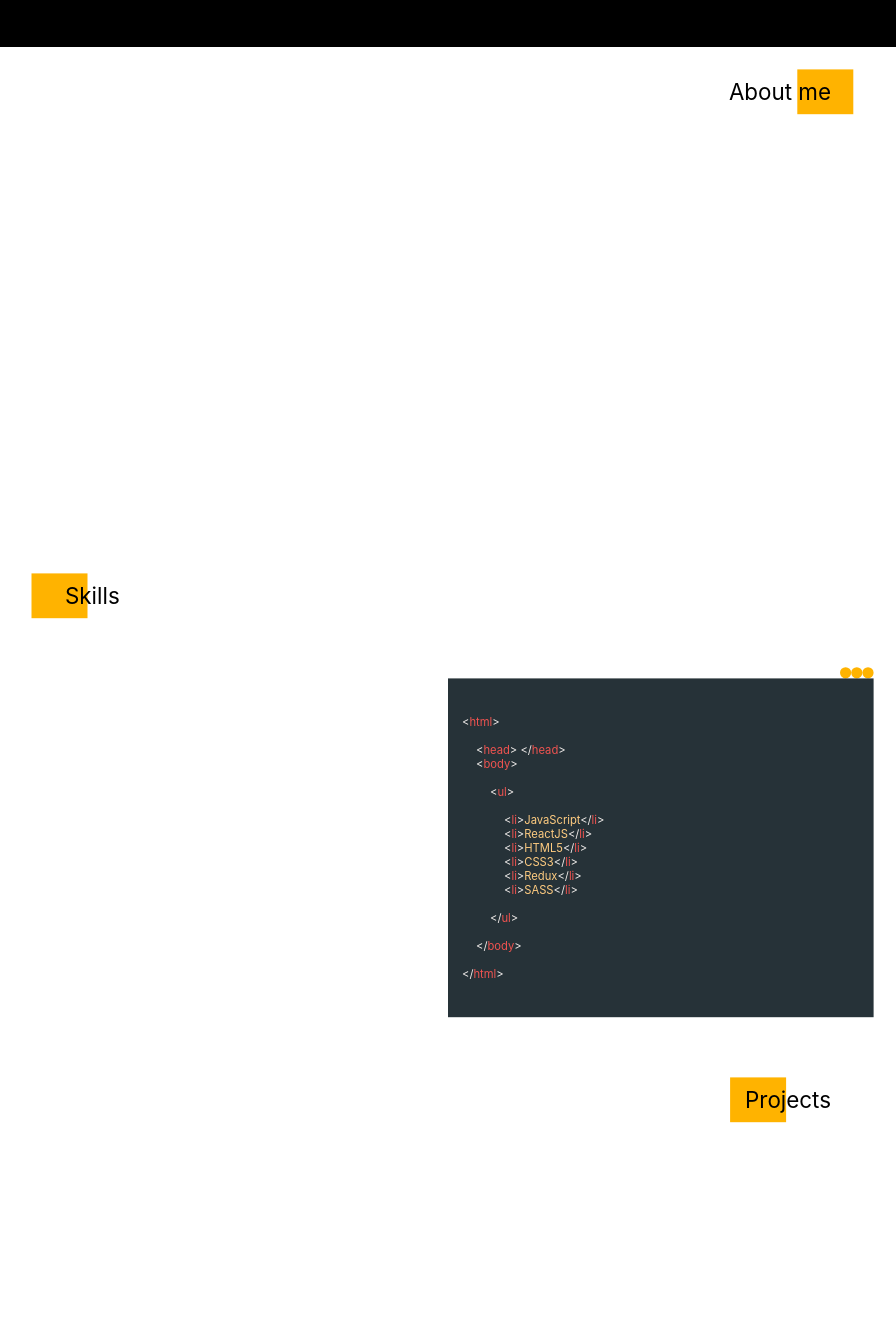
Repository: SebastianArmata22/Portfolio
Page: /
These files come from the project's save history. The page is drawn as it stood at one moment and after the next save; the edit follows.
The browser window is 1280 px wide. The pictures show the part of the page from y = 653 to 2573 px (the page is 3664 px tall), at 70% of full size.
The project was rebuilt for these pictures with package versions that can differ from the ones it lists, and the page was loaded fresh each time.

Above is the page before, as saved 2021-02-24 18:19:25.

### public/index.html
<!DOCTYPE html>
<html lang="en">
  <head>
    <meta charset="utf-8" />
    <link rel="icon" href="%PUBLIC_URL%/favicon.ico" />
    <meta name="viewport" content="width=device-width, initial-scale=1" />
    <meta name="theme-color" content="#000000" />
    <meta
      name="description"
      content="Web site created using create-react-app"
    />
    <link rel="apple-touch-icon" href="%PUBLIC_URL%/logo192.png" />
    <!--
      manifest.json provides metadata used when your web app is installed on a
      user's mobile device or desktop. See https://developers.google.com/web/fundamentals/web-app-manifest/
    -->
    <link rel="manifest" href="%PUBLIC_URL%/manifest.json" />
    <!--
      Notice the use of %PUBLIC_URL% in the tags above.
      It will be replaced with the URL of the `public` folder during the build.
      Only files inside the `public` folder can be referenced from the HTML.

      Unlike "/favicon.ico" or "favicon.ico", "%PUBLIC_URL%/favicon.ico" will
      work correctly both with client-side routing and a non-root public URL.
      Learn how to configure a non-root public URL by running `npm run build`.
    -->
    <title>Sebastian Armata</title>
  </head>
  <body>
    <noscript>You need to enable JavaScript to run this app.</noscript>
    <div id="root"></div>
    <!--
      This HTML file is a template.
      If you open it directly in the browser, you will see an empty page.

      You can add webfonts, meta tags, or analytics to this file.
      The build step will place the bundled scripts into the <body> tag.

      To begin the development, run `npm start` or `yarn start`.
      To create a production bundle, use `npm run build` or `yarn build`.
    -->
  </body>
</html>

### src/App.js
import './App.css'
//components
import Header from './components/header/Header'
import MainPage from './components/mainPage/MainPage'
import Skills from './components/skills/Skills'
import AboutMe from './components/aboutMe/AboutMe'
import Contact from './components/contact/Contact'
import Footer from './components/footer/Footer'
import Projects from './components/projects/Projects'

function App() {
  return (
    <div className="App">
      <header>
        <Header />
      </header>
      <main>
        <MainPage />
        <AboutMe />
        <Skills />
        <Projects />
        <Contact />
      </main>
      <footer>
        <Footer />
      </footer>
    </div>
  );
}

export default App;

### src/App.css
html, body,*{
    margin: 0;
    padding: 0;

}
*{
    box-sizing: border-box;
}

### src/components/header/Header.js
import classes from './header.module.scss'
import React from 'react'
import logo from '../../icons/logo_armata.svg'

const Header = ()=>{
    return(
        <div className={classes.header}>
            <img src={logo} alt="logo"></img>
            <ul>
                <li>About me</li>
                <li>Skills</li>
                <li>Projects</li>
                <li>Contact</li>
            </ul>
        </div>
    )
}
export default Header

### src/components/mainPage/MainPage.js
import classes from './mainPage.module.scss'
import React from 'react'

const MainPage = ()=>{
    return(
        <div className={classes.main_page_container}>
            <div>
                <p><span>Hello,</span></p>
                <p>I'm Sebastian Armata</p>
                <p>A Frontend <span>Developer</span></p>
            </div>
            <div></div>
        </div>
    )
}
export default MainPage

### src/components/skills/Skills.js
import classes from './skills.module.scss'
import React from 'react'
import ConsoleSkills from '../consoleSkills/ConsoleSkills'

const Skills = ()=>{

    return(
        <div className={classes.skills}>
            <header>
                <p>Skills</p>
            </header>
            <main>
                <div>
                </div>
                <div className={classes.console_container}>
                    <div className={classes.bar}>
                        <div></div>
                        <div></div>
                        <div></div>
                    </div>
                    <ConsoleSkills />
                </div>
            </main>
        </div>
    )
}
export default Skills

### src/components/aboutMe/AboutMe.js
import classes from './aboutme.module.scss'
import React from 'react'

const AboutMe = ()=>{
    return(
        <div className={classes.aboutMe}>
            <header>
                <p>About me</p>
            </header>
        </div>
    )
}
export default AboutMe

### src/components/contact/Contact.js
import classes from './contact.module.scss'
import React from 'react'

const Contact = ()=>{
    return(
        <div className={classes.contact}>
        <header>
            <p>Contact</p>
        </header>
    </div>
    )
}
export default Contact

### src/components/footer/Footer.js
import classes from './footer.module.scss'
import React from 'react'

const Footer = ()=>{
    return(
        <div className={classes.footer}>
            <p>Sebastian Armata </p>
        </div>
        )
}
export default Footer

### src/components/projects/Projects.js
import classes from './projects.module.scss'
import React from 'react'

const Projects = ()=>{
    return(
        <div className={classes.projects}>
            <header>
                <p>Projects</p>
            </header>
        </div>
    )
}
export default Projects

### src/components/header/header.module.scss
@import '../../variables.scss';

.header{
    height: 5rem;
    width: 100%;
    background-color: $third-main-color;
    display: flex;
    align-items: center;
    justify-content: space-between;
    padding: 1rem;
    img{
        padding: 0 2rem;
        height: 50px;
    }
    ul{
        display: flex;
        align-items: center;
        justify-content: space-between;
        width: 50%;
        li{
            list-style: none;
            text-align: center;
            color: $second-main-color;
            width: 10rem;
            font-size: 1rem;
            cursor: pointer;
            &:hover{
                color: $first-main-color;
            }
        }
    }
}

### src/components/mainPage/mainPage.module.scss
@import '../../variables.scss';

.main_page_container{
    height: calc(100vh - 5rem);
    width: 100%;
    background-color: $third-main-color;
    @include flex-container;
    padding: 3rem;
    div{
        width: 50%;
        height: 100%;
        display: flex;
        justify-content: center;
        flex-direction: column;
    }
    p{
        color: $second-main-color;
        font-size: 2rem;
        span{
            color: $first-main-color;
            font-size: 3rem;
        }
    }
}

### src/components/skills/skills.module.scss
@import '../../variables.scss';
.skills{
    width: 100%;
    height: 100vh;
    padding: 2rem;
    header{
        @include flex-container;
        p{
            position: relative;
            font-size: 2rem;
            height: 4rem;
            width: 90%;
            display: flex;
            align-items: center;
            &::after{
                display: block;
                content: "";
                    width: 5rem;
                    height: 100%;
                    z-index: -1;
                    position: absolute;
                    top:0;
                    left: -3rem;
                    background-color: $first-main-color;
            }
        }
    }
    main{
        display: flex;
        >div{
            width: 50%;
            height: calc(100vh - 5rem);
            display: flex;
            justify-content: center;
        }
    }
}
.bar{
    display: flex;
    justify-content: flex-end;
    div{
        width: 1rem;
        height: 1rem;
        border-radius: 1rem;
        background-color: $first-main-color;

    }
}
.console_container{
    flex-direction: column;
}

### src/components/consoleSkills/ConsoleSkills.js
import classes from './consoleSkills.module.scss'
import React from 'react'

const ConsoleSkills=()=>{
    return(
        <div className={classes.console_content}>
                            <ul>
                                <li>&lt;<span className={classes.html_text}>html</span>&gt;</li>
                                <li>
                                  <ul className="no-top-padding">
                                    <li>
                                      &lt;<span className={classes.html_text}>head</span>&gt;
                                      &lt;/<span className={classes.html_text}>head</span>&gt;
                                    </li>
                                    <li>&lt;<span className={classes.html_text}>body</span>&gt;</li>
                                    <li>
                                      <ul className="no-top-padding">
                                        <li>&lt;<span className={classes.html_text}>ul</span>&gt;</li>
                                        <ul className="no-top-padding">
                                          <li>
                                            &lt;<span className={classes.html_text}>li</span>&gt;
                                            <span className={classes.html_text_2}>JavaScript</span>
                                            &lt;/<span className={classes.html_text}>li</span>&gt;</li>
                                          <li>
                                            &lt;<span className={classes.html_text}>li</span>&gt;
                                            <span className={classes.html_text_2}>ReactJS</span>
                                            &lt;/<span className={classes.html_text}>li</span>&gt;
                                          </li>
                                          <li>
                                            &lt;<span className={classes.html_text}>li</span>&gt;
                                            <span className={classes.html_text_2}>HTML5</span>
                                            &lt;/<span className={classes.html_text}>li</span>&gt;
                                          </li>
                                          <li>
                                            &lt;<span className={classes.html_text}>li</span>&gt;
                                            <span className={classes.html_text_2}>CSS3</span>
                                            &lt;/<span className={classes.html_text}>li</span>&gt;
                                          </li>
                                          <li>
                                            &lt;<span className={classes.html_text}>li</span>&gt;
                                            <span className={classes.html_text_2}>Redux</span>
                                            &lt;/<span className={classes.html_text}>li</span>&gt;
                                          </li>
                                          <li>
                                            &lt;<span className={classes.html_text}>li</span>&gt;
                                            <span className={classes.html_text_2}>SASS</span>
                                            &lt;/<span className={classes.html_text}>li</span>&gt;
                                          </li>
                                        </ul>
                                        <li>&lt;/<span className={classes.html_text}>ul</span>&gt;</li>
                                      </ul>
                                    </li>
                                    <li>&lt;/<span className={classes.html_text}>body</span>&gt;</li>
                                  </ul>
                                </li>
                                <li>&lt;/<span className={classes.html_text}>html</span>&gt;</li>
                            </ul>
                        </div>

    )
}
export default ConsoleSkills

### src/components/aboutMe/aboutme.module.scss
@import '../../variables.scss';

.aboutMe{
    width: 100%;
    height: 100vh;
    padding: 2rem;
    header{
        @include flex-container;
        p{
            position: relative;
            font-size: 2rem;
            height: 4rem;
            width: 90%;
            display: flex;
            align-items: center;
            justify-content: flex-end;
            &::after{
                display: block;
                content: "";
                    width: 5rem;
                    height: 100%;
                    z-index: -1;
                    position: absolute;
                    top:0;
                    right: -2rem;
                    background-color: $first-main-color;
            }
        }
    }
}

### src/components/contact/contact.module.scss
@import '../../variables.scss';
.contact{
    width: 100%;
    height: 100vh;
    padding: 2rem;
    header{
        @include flex-container;
        p{
            position: relative;
            font-size: 2rem;
            height: 4rem;
            width: 90%;
            display: flex;
            align-items: center;
            &::after{
                display: block;
                content: "";
                    width: 5rem;
                    height: 100%;
                    z-index: -1;
                    position: absolute;
                    top:0;
                    left: 4rem;
                    background-color: $first-main-color;
            }
        }
    }
}

### src/components/footer/footer.module.scss
@import '../../variables.scss';
.footer{
    height: 4rem;
    background-color: $first-main-color;
    @include flex-container;
    color: $second-main-color;
    font-size: 1.25rem;
}

### src/components/projects/projects.module.scss
@import '../../variables.scss';
.projects{
    width: 100%;
    height: 100vh;
    padding: 2rem;
    header{
        @include flex-container;
        p{
            position: relative;
            font-size: 2rem;
            height: 4rem;
            width: 90%;
            display: flex;
            align-items: center;
            justify-content: flex-end;
            &::after{
                display: block;
                content: "";
                    width: 5rem;
                    height: 100%;
                    z-index: -1;
                    position: absolute;
                    top:0;
                    right: 4rem;
                    background-color: $first-main-color;
            }
        }
    }
}

### src/variables.scss
$first-main-color: #FFB300;
$second-main-color: #fff;
$third-main-color:#000;
@mixin flex-container {
    display: flex;
    align-items: center;
    justify-content: center;
}

### src/components/consoleSkills/consoleSkills.module.scss
.console_content{
    background-color: #263238;
    padding: 2rem 0;
    width: 100%;
}
ul {
    list-style: none;
    color: #EFEBE9;
    padding-left: 20px;
    padding-right: 20px;
    margin-top: 20px;
    margin-bottom: 20px;
  }
.html_text {
    color: #EF5350;
  }
  .html_text_2 {
    color: #FFCC80;
  }

Loaded but not shown: src/index.js (common file); src/index.css (common file); src/reportWebVitals.js (common file)

After the next save:
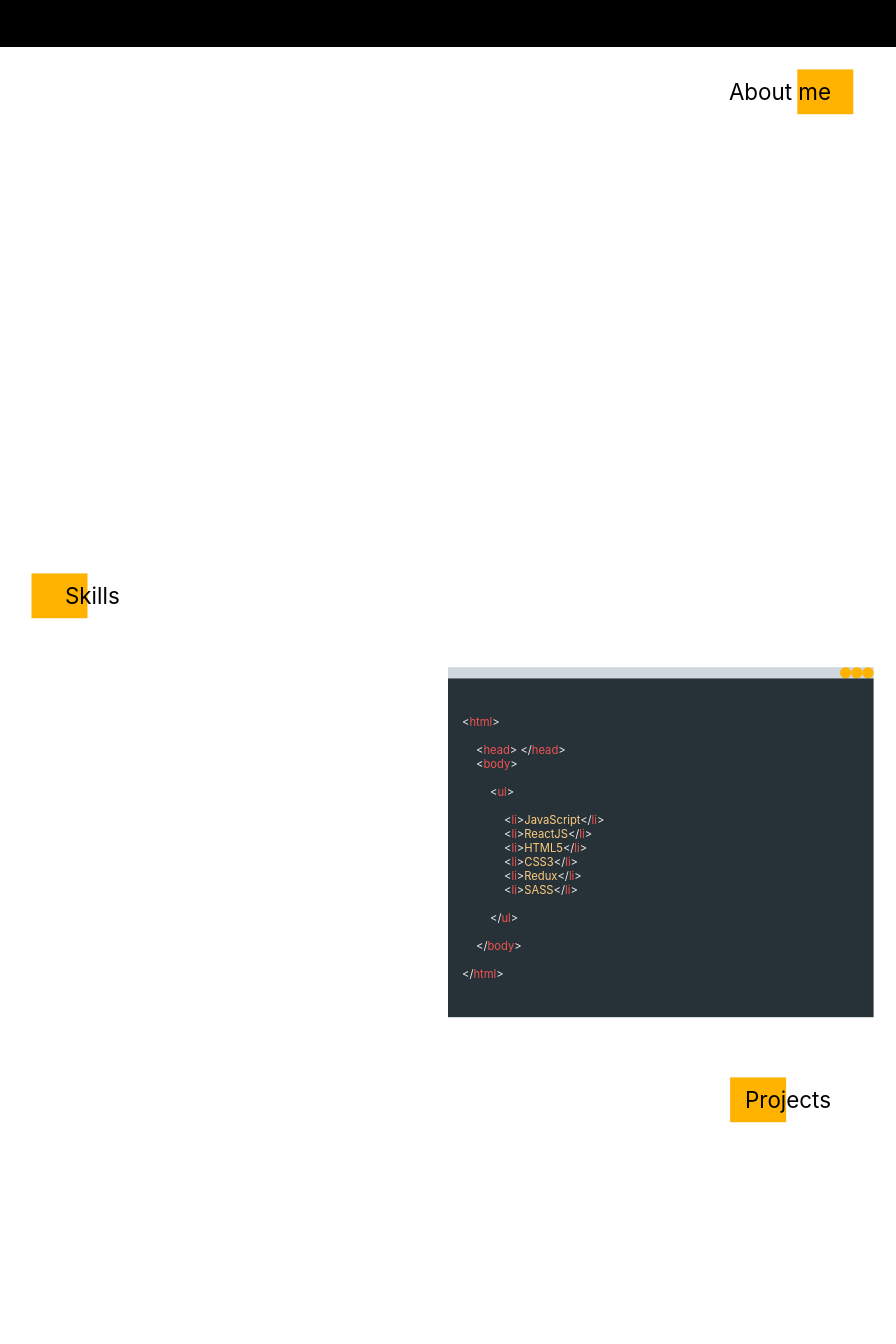
Saved 22 s later.
--- a/src/components/skills/skills.module.scss
+++ b/src/components/skills/skills.module.scss
@@ -38,6 +38,7 @@
 .bar{
     display: flex;
     justify-content: flex-end;
+    background-color: #cfd8dc;
     div{
         width: 1rem;
         height: 1rem;
